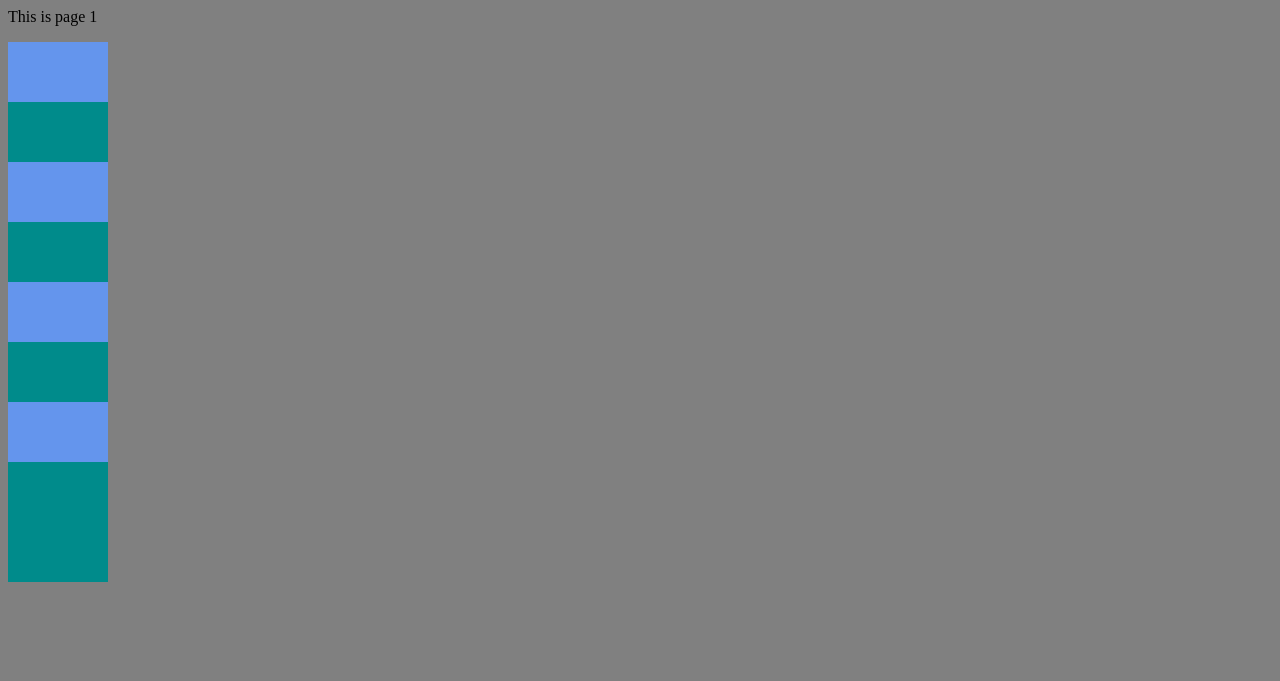
Repository: hanj291/hanj291.github.io
Page: page1.html
The author's editor kept a record of every edit. The page is drawn from the files as they stood at one moment, then again after the next edit.
The browser window is 1280 px wide. The pictures show the whole page.

Above is the page before.

After the next edit:
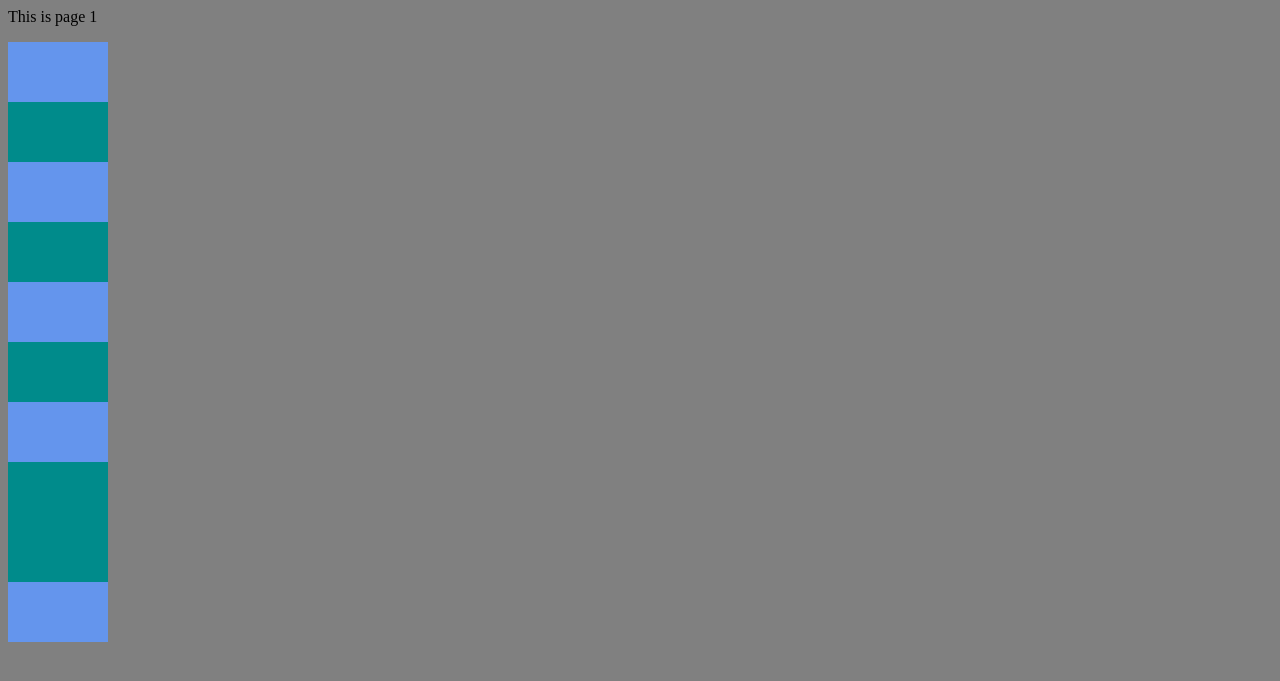
The edit:
--- a/page1css.css
+++ b/page1css.css
@@ -91,3 +91,12 @@
 .ten:hover {
     background-color: #6495ED;
 }
+.zero {
+    width: 100px;
+    height: 60px;
+    background-color: #6495ED;
+    position: relative;
+}
+.nine:hover {
+    background-color: #008B8B;
+}
